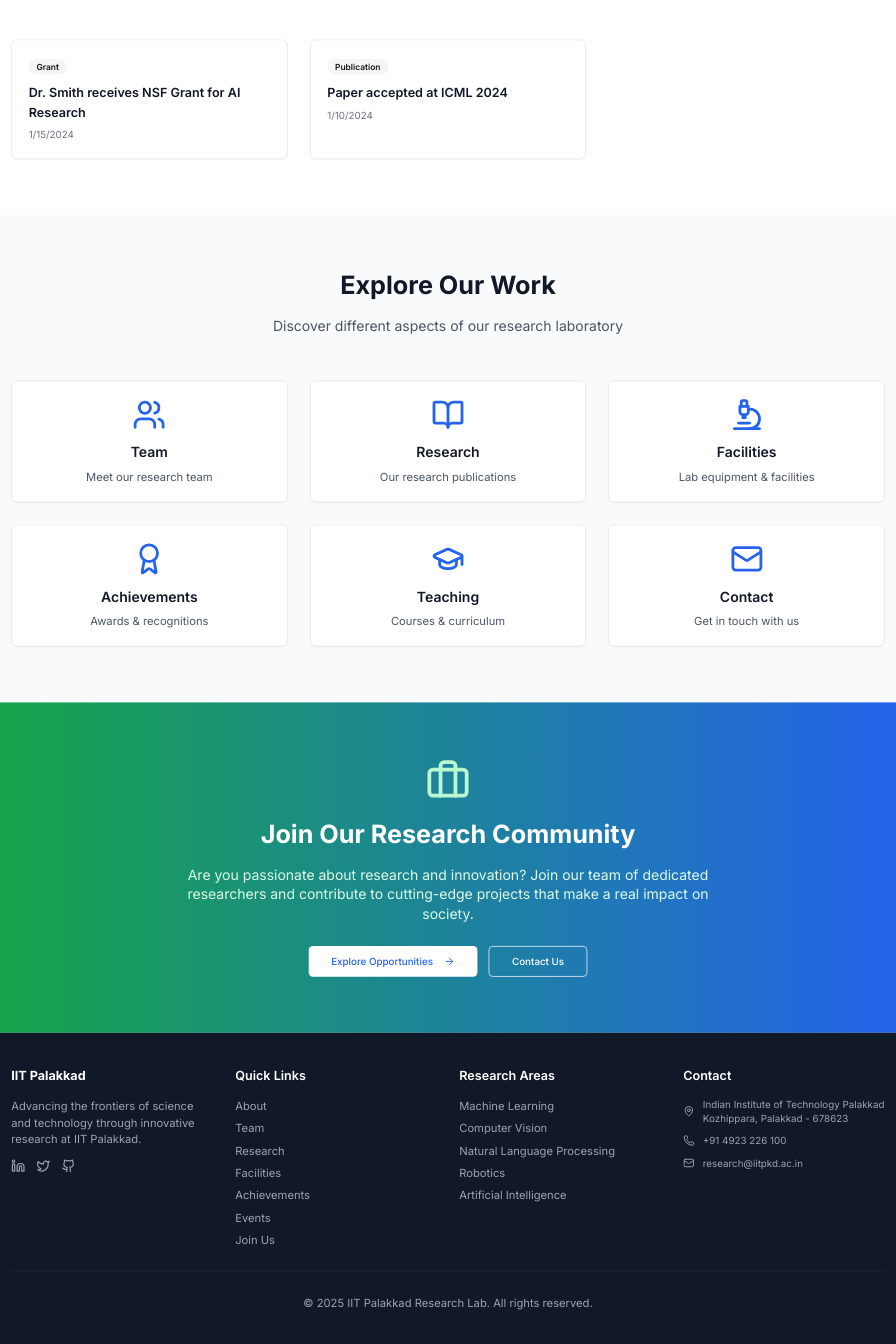
Repository: Gopikrish-30/iit-palakkad-arise
Page: /
These files come from the project's save history. The page is drawn as it stood at one moment and after the next save; the edit follows.
The browser window is 1280 px wide. The pictures show the part of the page from y = 3999 to 5919 px (the page is 5919 px tall), at 70% of full size.
The project was rebuilt for these pictures with package versions that can differ from the ones it lists, and the page was loaded fresh each time. The framework's server and built-in components were replaced by stand-ins that run in the browser. Also part of the build but not shown: next.config.mjs.

Above is the page before, as saved 2025-06-21 16:32:02.

After the next save:
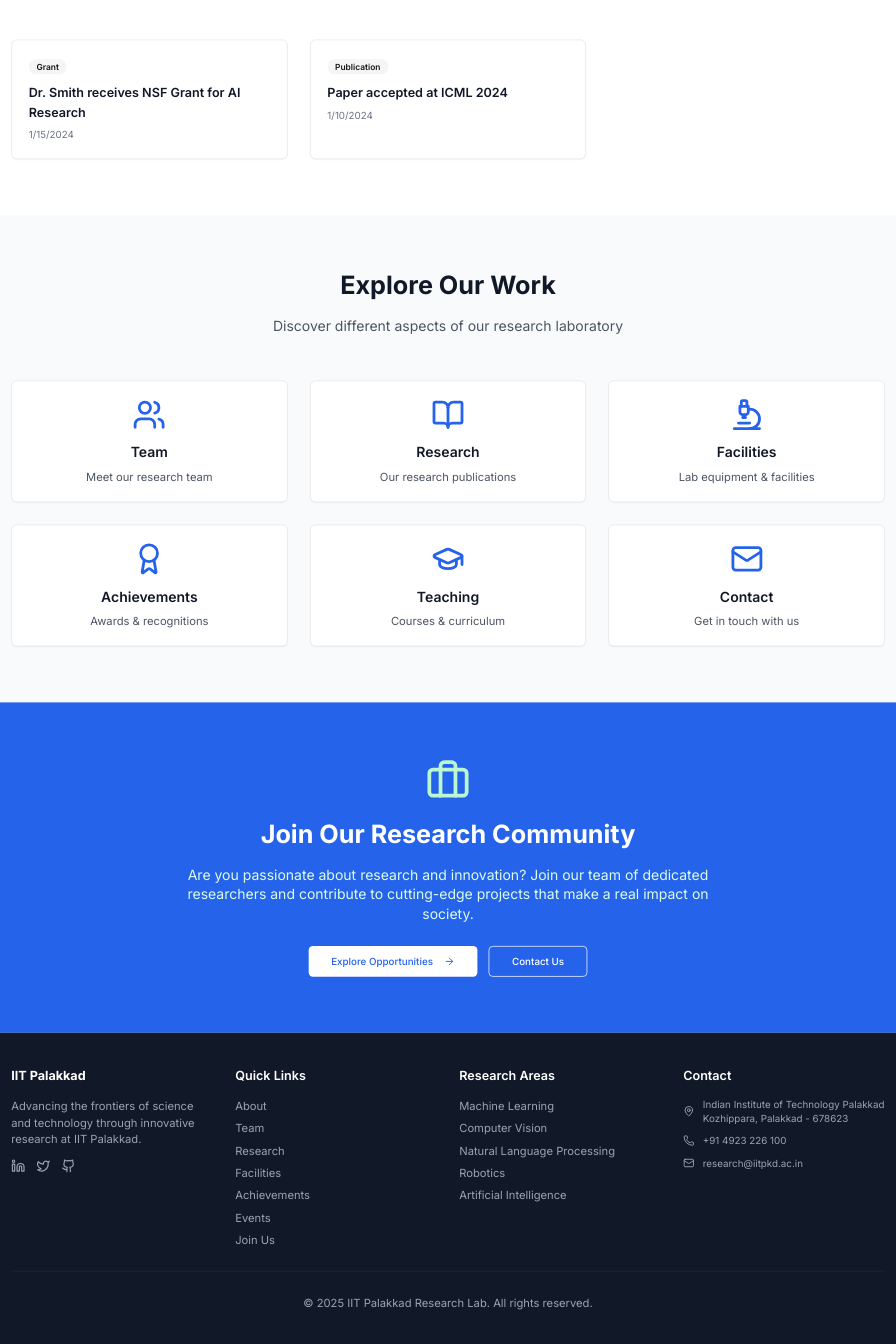
Saved 24 s later.
--- a/app/page.tsx
+++ b/app/page.tsx
@@ -568,7 +568,7 @@ Using advanced tools such as GIS, AI/ML, hydrologic models, and the WRF weather
       </section>
 
       {/* Research Openings */}
-      <section ref={openingsRef} className="py-20 bg-gradient-to-r from-green-600 to-blue-600 text-white">
+      <section ref={openingsRef} className="py-20 bg-blue-600 text-white">
         <div className="container mx-auto px-4 text-center">
           <motion.div
             initial={{ opacity: 0, y: 30 }}
